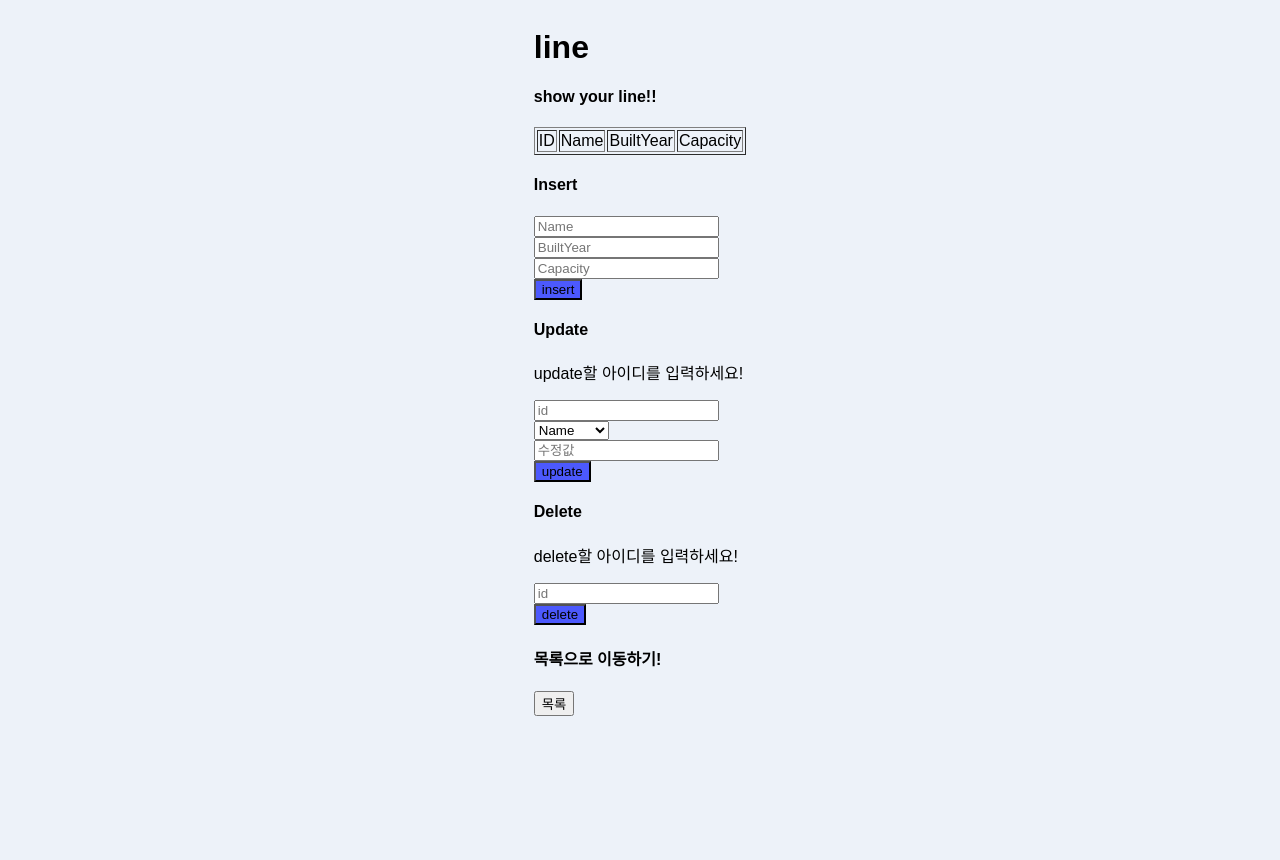
Repository: CISXO/JSP
Page: http://localhost/DB_Project/DB/line.jsp
These files come from the project's save history. The page is drawn as it stood at one moment and after the next save; the edit follows.
The browser window is 1280 px wide. The pictures show the whole page.
The page is served by Tomcat 9. Queries for data that is not in the repository find no rows.

Above is the page before, as saved 2022-12-21 21:07:05.

### DbProject/DB_Project/src/main/webapp/DB/line.jsp
<%@ page language="java" contentType="text/html; charset=EUC-KR"
    pageEncoding="EUC-KR" import="java.sql.*"%>
<!DOCTYPE html>
<html>
<style>

body {
    font-family: 'Noto Sans KR', sans-serif;
    display: flex;
    justify-content: center;
    height: 95vh;
}

</style>
<head>
<meta charset="EUC-KR">
<title>Insert title here</title>
</head><%

Class.forName("org.mariadb.jdbc.Driver");
String jdbcDriver = "jdbc:mariadb://localhost:3306/homework";
String dbUser = "root";
String dbPass = "22489612up!";


Connection conn = null;
Statement stmt = null;
ResultSet result = null;

try {
	conn = DriverManager.getConnection(jdbcDriver, dbUser, dbPass);
	stmt = conn.createStatement();
	String query = "SELECT * FROM line";
	result = stmt.executeQuery(query);

%>

<body style="background-color: #edf2f9 !important;">
    <div>
        <h1 class="title">line</h1>
        <h4 class="titleScript">
				show your line!!
        </h4>
        <div>
                <table border = "1">
                    <thead>
                        <tr>
                        <td>ID</td>
                        <td>Name</td>
                        <td>BuiltYear</td>
                        <td>Capacity</td>
                        </tr>
                    </thead>
                    <%
                    while(result.next()) {
                    %>
                    <tbody>
                        <tr onclick="trClick(this)">
                        	<td><%=result.getInt("ID")%></td>
                            <td><%=result.getString("Name")%></td>
                            <td><%=result.getString("BuiltYear")%></td>
                            <td><%=result.getString("Capacity")%></td>
                        </tr>

                    </tbody>
                    <%} %>
                </table>
        </div>
        <form id="line_insert" action ="./manage/line_manage.jsp" method="get">
        <h4>Insert</h4>
        <div class="row">
        <input id="Name" name="Name" type="text" placeHolder="Name">
        </div>
        <div class="row">
        <input id="BuiltYear" name="BuiltYear" type="text" placeHolder="BuiltYear">
        </div>
        <div class="row">
        <input id="Capacity" name="Capacity" type="text" placeHolder="Capacity">
        </div>
        <div class="line_insert_button">
        <button id="insert_button1" type = "submit" style="background-color: #4c59fd">insert</button>
        </div>
        <input name="manage_num" type="hidden" value="1">
        </form>


        <form id="line_update" action="./manage/line_manage.jsp" method="get">
         <h4>Update</h4>
        <p>update할 아이디를 입력하세요!</p>
       <div class="row">
        <input id="line_id" name="lineupdate_id" type="text" placeHolder="id">
        </div>
       <div class="row">
      <select name="select">
        <option>Name</option>
        <option>BuiltYear</option>
        <option>Capacity</option>
      </select>
        </div>
       <div class="row">
        <input name="update" type="text" placeHolder="수정값">
        </div>
        <div>
        <button type = "submit" style="background-color: #4c59fd">update</button>
        </div>
        <input name="manage_num" type="hidden" value="2">
        </form>

        <form id="Head_delete" action="./manage/line_manage.jsp" method="get">
        <h4>Delete</h4>
        <p>delete할 아이디를 입력하세요!</p>
        <div class="row">
        <input id="line_id" name="linedelete_id" type="text" placeHolder="id">
        </div>
        <div>
        <button id="delete_button1" type = "submit" style="background-color: #4c59fd">delete</button>
        </div>
        <input name="manage_num" type="hidden" value="3">
        </form>

        <form action="../Sys_admin.jsp" method="get">
        <h4>목록으로 이동하기!</h4>
        <div>
        <button>목록</button>
        </div>
        <br><br><br><br><br><br><br><br>
        </form>
    </div>
<%
	result.close();
	stmt.close();
	conn.close();
} catch(SQLException e) {
	out.println("err."+e.toString());
}
	%>
</body>
</html>

After the next save:
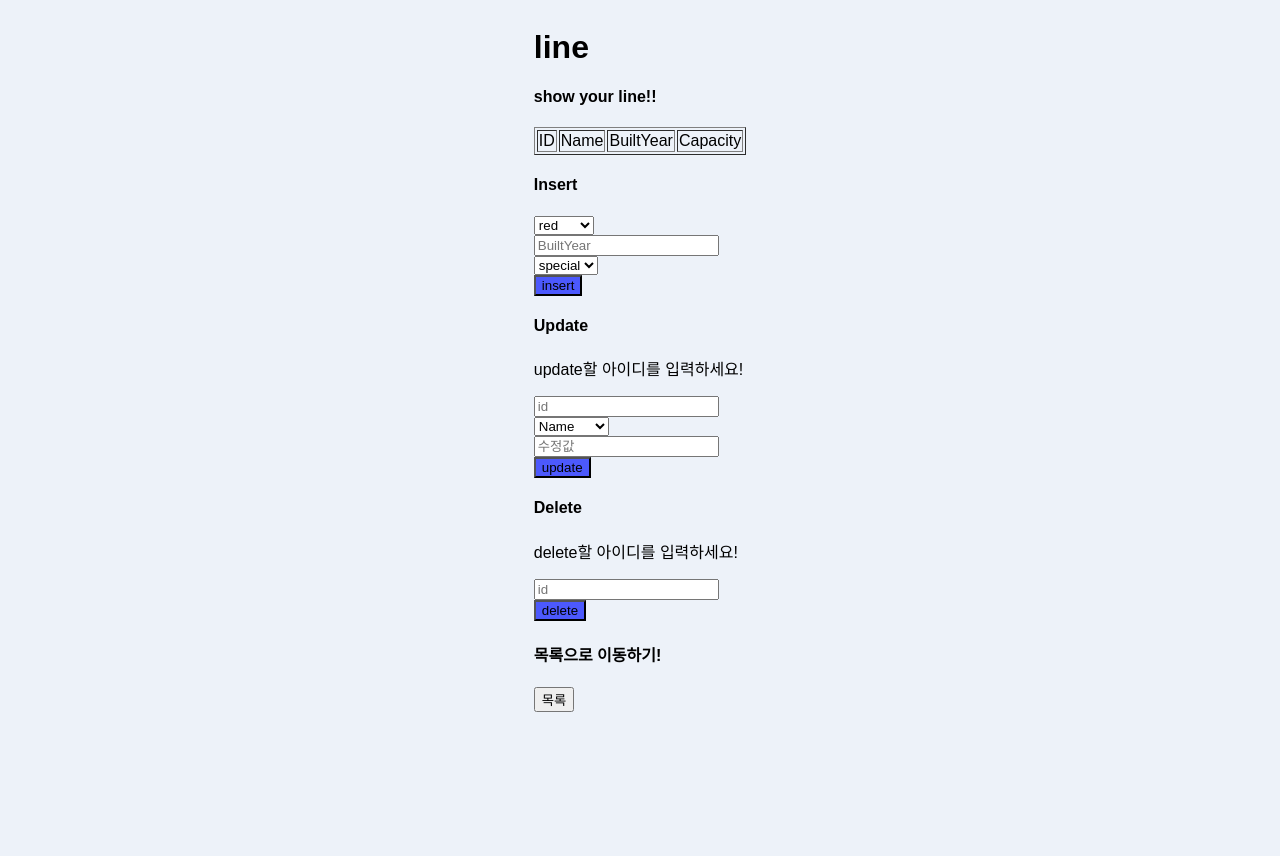
Saved 4 min 18 s later.
--- a/DbProject/DB_Project/src/main/webapp/DB/line.jsp
+++ b/DbProject/DB_Project/src/main/webapp/DB/line.jsp
@@ -69,13 +69,25 @@ try {
         <form id="line_insert" action ="./manage/line_manage.jsp" method="get">
         <h4>Insert</h4>
         <div class="row">
-        <input id="Name" name="Name" type="text" placeHolder="Name">
+      <select name="Name">
+        <option>red</option>
+        <option>blue</option>
+        <option>yellow</option>
+        <option>yellow</option>
+        <option>puple</option>
+        <option>white</option>
+      </select>
         </div>
         <div class="row">
         <input id="BuiltYear" name="BuiltYear" type="text" placeHolder="BuiltYear">
         </div>
         <div class="row">
-        <input id="Capacity" name="Capacity" type="text" placeHolder="Capacity">
+
+      <select name="Capacity">
+        <option>special</option>
+        <option>middle</option>
+        <option>unique</option>
+      </select>
         </div>
         <div class="line_insert_button">
         <button id="insert_button1" type = "submit" style="background-color: #4c59fd">insert</button>
